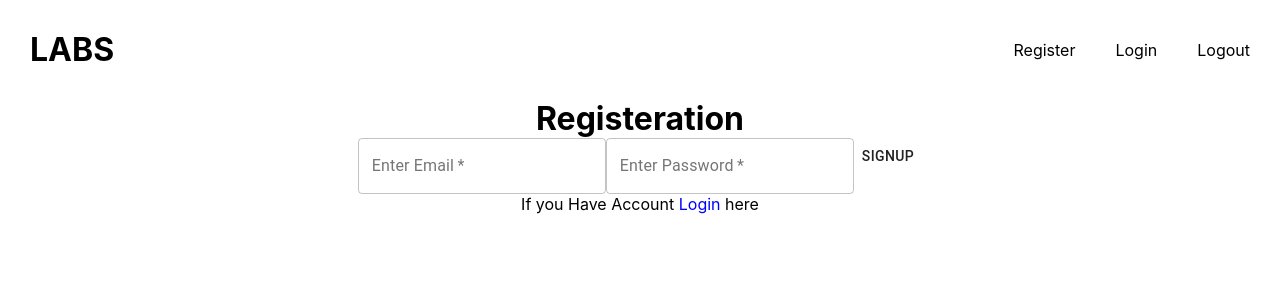
Repository: Prafullkuma/labsdata
Page: /signup
The author's editor kept a copy of each file at every save. The page is drawn from the files as they stood at one save, then again after the next save.
The browser window is 1280 px wide. The pictures show the whole page.
The project was rebuilt for these pictures with package versions that can differ from the ones it lists, and the page was loaded fresh each time. Also part of the build but not shown: src/Component/Admin.css, src/Component/Details/details.css, src/Component/Student/addstudent.css, src/firebase.js, src/Component/Student/Addstudent.js, src/Component/Student/ViewData/ViewData.css, src/Component/Student/ViewData/ViewStudentData.js, src/Component/Student/ViewStudent.js and 5 more.

Above is the page before, as saved 2020-08-26 14:13:24.

### src/App.js
import React from 'react';
import './App.css';
import Nav from './Component/Nav'
import Admin from './Component/Admin'
import Main from './Component/Main'
import Login from './Auth/Login'
import Signup from './Auth/Signup'
import Logout from './Auth/Logout'
import { BrowserRouter as Router, Route } from 'react-router-dom'
function App() {
  return (
    <div className="App">
      <Router>
        <Nav />
        <Route path="/logout" component={Logout} />
        <Route path="/signup" component={Signup} />
        <Route path="/login" component={Login} />
        <Route path="/admin" component={Admin} />
        <Route exact path="/" component={Main} />
      </Router>
    </div>
  );
}

export default App;

### src/Component/Nav.js
import React from 'react'
import './Nav.css'
import { Link } from 'react-router-dom'
function Nav() {
    return (
        <div className="Navbar">
            <h1> <Link to="/"> LABS</Link></h1>
            <ul>
                <li><Link to="/signup"> Register</Link></li>
                <li><Link to="/login">Login</Link></li>
                <li><Link to="/logout">Logout</Link>
                </li>
            </ul>
        </div>
    )
}

export default Nav

### src/Auth/Signup.js
import React from 'react'
import { TextField, Button } from '@material-ui/core'
import { Link } from 'react-router-dom'
import './signup.css'
function Signup() {
    return (
        <div className="register">
            <h1>Registeration</h1>
            <form>
                <TextField id="outlined-basic" type="email" required label="Enter Email" variant="outlined" />
                <TextField id="outlined-basic" type="password" required label="Enter Password" variant="outlined" />
                <Button> Signup</Button>
                <p>If you Have Account <Link to="/login" style={{ color: 'blue' }}>Login</Link> here</p>
            </form>

        </div>
    )
}

export default Signup

### src/Component/Nav.css
.Navbar{
    padding: 30px;
    display: flex;
    justify-content: space-between;
    align-items: center;

}
a{
    text-decoration: none;
    color:black;
    }
ul,li{
    list-style: none;
    float: left;
    margin-left: 40px;
}

### src/Auth/signup.css
.register{
    text-align: center;
}
.register{
}

Loaded but not shown: public/index.html (common file); src/index.js (common file); src/index.css (common file); src/serviceWorker.js (common file); src/App.css (common file); src/Component/Main.css (no stored copy; drawn as an empty file); src/Component/Student/viewstudent.css (no stored copy; drawn as an empty file)

After the next save:
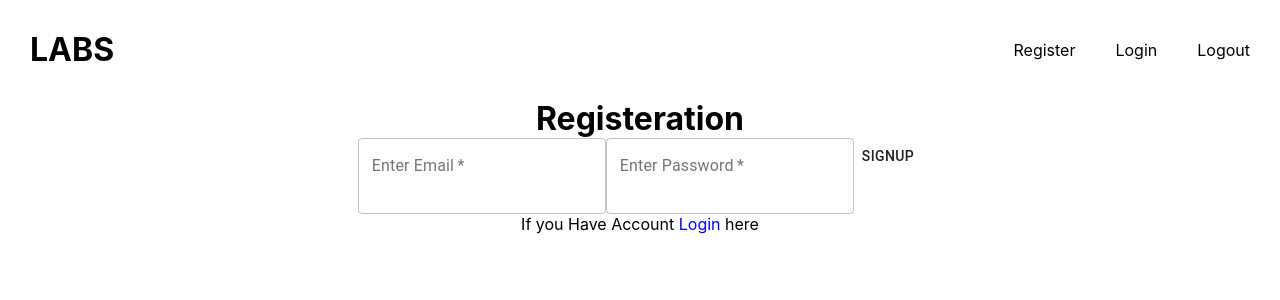
Saved 21 s later.
--- a/src/Auth/signup.css
+++ b/src/Auth/signup.css
@@ -1,5 +1,6 @@
 .register{
     text-align: center;
 }
-.register{
+#outlined-basic{
+    margin-bottom: 20px;
 }

After the save that followed:
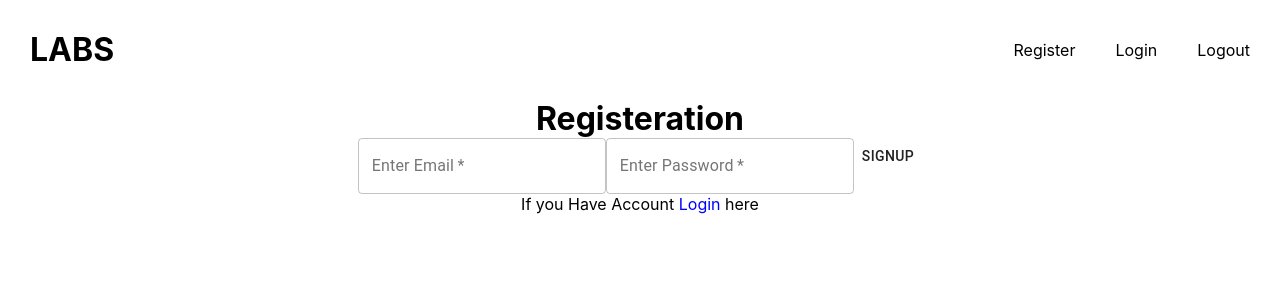
Saved 5 s later.
--- a/src/Auth/signup.css
+++ b/src/Auth/signup.css
@@ -2,5 +2,4 @@
     text-align: center;
 }
 #outlined-basic{
-    margin-bottom: 20px;
 }
